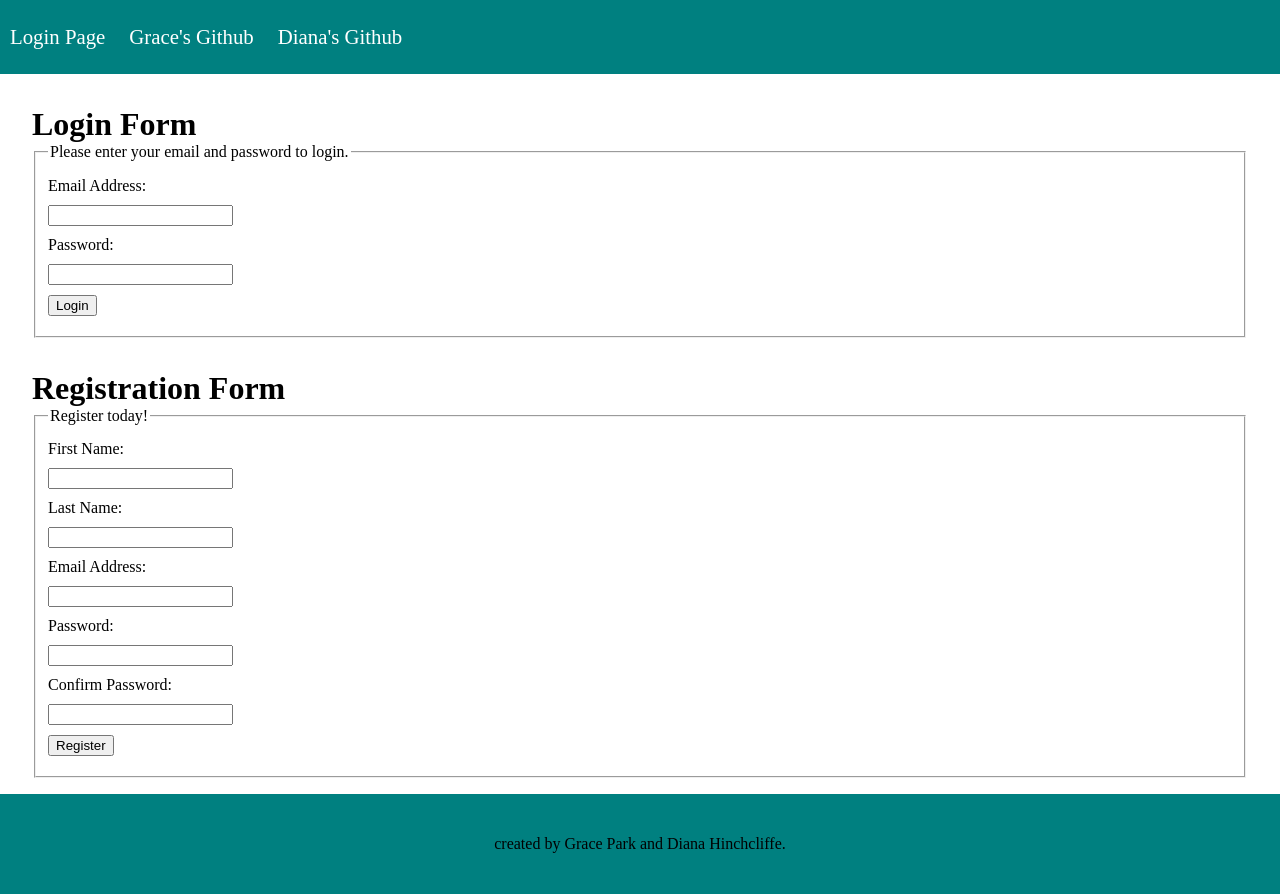
Repository: developergrace/cosw30
Page: http://localhost/labwork/lab2/login.php
The author's editor kept a record of every edit. The page is drawn from the files as they stood at one moment, then again after the next edit.
The browser window is 1280 px wide. The pictures show the whole page.
The page is run by PHP 8.4 with error messages shown; the project is at /var/www/html/.

Above is the page before.

### labwork/lab2/login.php
<!doctype HTML>
<html>
    <head>
        <meta charset="utf-8">
        <title>Login Page</title>
        <style>
            body {
            margin: 0;
            }
            label, button {
                display: block;
                margin: 10px 0;
            }
            header, footer {
                background-color: teal;
                padding: 25px 0;
            }
            a {
                margin: 0 10px;
                color: white;
                text-decoration: none;
                font-size: 1.3em;
            }
            a:hover {
                color: silver;
            }

            h1 {
                margin: 1em 1em 0;
            }

            form {
                margin: 0 2em 1em;
            }

            footer p {
                text-align: center;
            }

        </style>
    </head>
    <body>
        <header>
            <a href="/">Login Page</a>
            <a href="https://github.com/developergrace" target="_blank">Grace's Github</a>
            <a href="https://github.com/rockondiana0416" target="_blank">Diana's Github</a>
        </header>

        <h1>Login Form</h1>
        <form method="POST" action="process_login.php">
            <fieldset><legend>Please enter your email and password to login.</legend>
            <label for="log_email">Email Address:</label>
            <input name="email" id="log_email" type="email" required>

            <label for="log_pass">Password:</label>
            <input name="password" id="log_pass" type="password" required>

            <input type="hidden" value="login" name="type">

            <button>Login</button>
        </fieldset></form>

        <h1>Registration Form</h1>
        <form method="POST" action="process_login.php">
            <fieldset><legend>Register today!</legend>
            <label for="first_name">First Name:</label>
            <input name="first_name" id="first_name" type="text" required>

            <label for="last_name">Last Name:</label>
            <input name="last_name" id="last_name" type="text" required>

            <label for="reg_email">Email Address:</label>
            <input name="email" id="reg_email" type="email" required>

            <label for="reg_pass">Password:</label>
            <input name="password" id="reg_pass" type="password" required>

            <label for="confirm_pass">Confirm Password:</label>
            <input name="confirm_pass" id="confirm_pass" type="password" required>

            <input type="hidden" value="register" name="type">

            <button>Register</button>
        </fieldset></form>

        <footer>
            <p>created by Grace Park and Diana Hinchcliffe.</p>
        </footer>


    </body>
</html>

After the next edit:
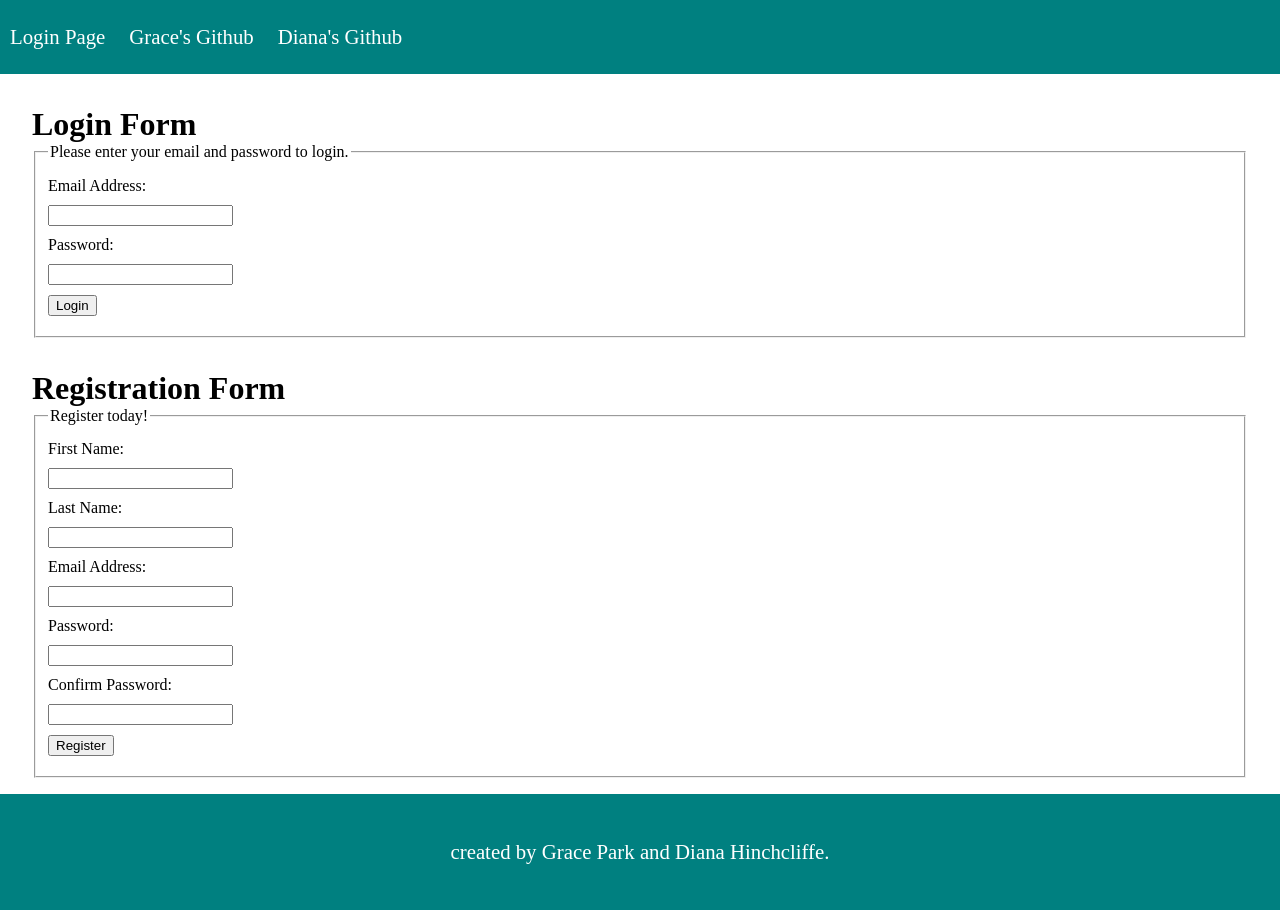
The edit:
--- a/labwork/lab2/login.php
+++ b/labwork/lab2/login.php
@@ -35,6 +35,8 @@
 
             footer p {
                 text-align: center;
+                font-size: 1.3em;
+                color: white;
             }
 
         </style>
